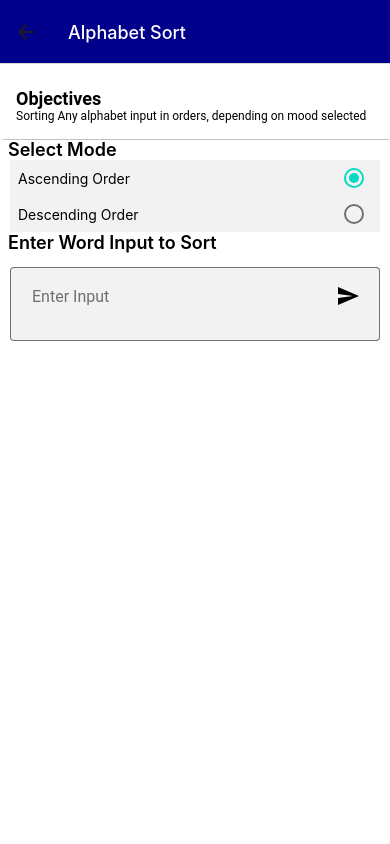
Repository: seyicoded/rn-crazy-algorithm-app
Screen: /Sort_alphabet
These files come from the project's save history. The screen is drawn as it stood at one moment and after the next save; the edit follows.
The app was drawn by React Native's web renderer in a window 390 px wide. The project was rebuilt for these pictures with package versions that can differ from the ones it lists, and the page was loaded fresh each time. Also part of the build but not shown: src/screens/sort.js, src/screens/filter.js, src/screens/advance.js, src/screens/sorts/Sort_simple_number.js.

Above is the screen before, as saved 2022-03-30 20:13:34.

### App.js
import 'react-native-gesture-handler';
import { StatusBar } from 'expo-status-bar';
import { StyleSheet, Text, View } from 'react-native';
import Main from './src/main'
export default function App() {
  return (
    <View style={styles.container}>
      <Main />
      <StatusBar style="auto" />
    </View>
  );
}

const styles = StyleSheet.create({
  container: {
    flex: 1,
    backgroundColor: '#fff',
  },
});

### src/main.js
import { View, Text } from 'react-native'
import React from 'react'
import {NavigationContainer} from '@react-navigation/native'
import {createStackNavigator} from '@react-navigation/stack'
import Home from './screens/index'
import Sort from './screens/sort'
import Filter from './screens/filter'
import Advance from './screens/advance'
import Sort_simple_number from './screens/sorts/Sort_simple_number'
import Sort_alphabet from './screens/sorts/Sort_alphabet'

const StackNav = createStackNavigator()

export default function Main() {
  return (
    <NavigationContainer>
        <StackNav.Navigator>
            <StackNav.Screen name="Home" options={{headerMode: 'none'}} component={Home} />
            <StackNav.Screen name="Filter" options={{headerMode: 'none'}} component={Filter} />
            <StackNav.Screen name="Sort" options={{headerMode: 'none'}} component={Sort} />
            <StackNav.Screen name="Advance" options={{headerMode: 'none'}} component={Advance} />

            {/* sort aspect */}
            <StackNav.Screen name="Sort_simple_number" options={{title: 'Number Sort', headerStyle: {backgroundColor: 'darkblue', color: 'white'}, headerTitleStyle: {color: 'white'}}} component={Sort_simple_number} />
            <StackNav.Screen name="Sort_alphabet" options={{title: 'Alphabet Sort', headerStyle: {backgroundColor: 'darkblue', color: 'white'}, headerTitleStyle: {color: 'white'}}} component={Sort_alphabet} />
        </StackNav.Navigator>
    </NavigationContainer>
  )
}

### src/screens/index.js
import { View, Text, StyleSheet, FlatList, TouchableOpacity } from 'react-native'
import React, {useState, useEffect, useRef} from 'react'
import Header from '../layout/header'
import { List, Avatar, Card, Title, Paragraph, Button } from 'react-native-paper';

const data = [
    {
        id: 'Sort',
        image: 'https://picsum.photos/700',
        title: 'Sort',
    },
    {
        id: 'Filter',
        image: 'https://picsum.photos/700',
        title: 'Filter',
    },
    {
        id: 'Advance',
        image: 'https://picsum.photos/700',
        title: 'Advance',
    },
]

export default function Index({route, navigation}) {
    const [color, setColor] = useState('darkblue');
    var timer = null;
    var ColorChanger = useRef('darkblue');


    useEffect(()=>{
        timer = setInterval(()=>{
            // console.log('.')
            ColorChanger.current = (ColorChanger.current == 'darkblue') ? 'darkred' : 'darkblue';
            setColor(ColorChanger.current);
        }, 1000);
        return ()=>{
            clearInterval(timer);
        }
    }, [])

    const styles = StyleSheet.create({
        container: {
          flex: 1,
          width: '100%',
          backgroundColor: '#fff',
        },
        header: {
            fontSize: 16,
            textAlign: 'center',
            marginTop: 20,
            marginBottom: 20,
            color: color,
            fontWeight: '700',
        },
        list: {
            width: '100%',
        },
        card: {
            // backgroundColor: 'red',
            margin: 20,
            shadowColor: '#000',
            shadowOffset: { width: 0, height: 2 },
            shadowOpacity: 0.8,
            elevation: 4
        }
    });

    return (
        <View style={styles.container}>
            <Header title="Home" visible={false} navigation={navigation} />
            <Text style={styles.header}>Let's Prep Shall We</Text>

            <FlatList
                data={data}
                style={styles.list}
                renderItem={({ item }) => {
                    return (
                        <TouchableOpacity onPress={() => navigation.navigate(item.id, {title: item.title})}>
                            <Card style={styles.card}>
                                <Card.Cover source={{ uri: item.image }} />
                                {/* <Card.Actions style={{justifyContent: 'center'}}>
                                    <Button onPress={()=>navigation.navigate(item.id)}>{item.title}</Button>

                                </Card.Actions> */}

                                <Card.Content style={{justifyContent: 'center'}}>
                                    <Title style={{textAlign: 'center', marginTop:12, color: 'darkblue'}}>{item.title}</Title>
                                </Card.Content>
                            </Card>
                        </TouchableOpacity>
                    )
                }}
                numColumns={1}
            />

            {/* <Card>
                <Card.Cover source={{ uri: 'https://picsum.photos/700' }} />

                <Card.Content>
                    <Title>Card title</Title>
                </Card.Content>
            </Card> */}

        </View>
    )
}

### src/screens/sorts/Sort_alphabet.js
import { StyleSheet, Text, View, TouchableOpacity, Pressable, Keyboard, ScrollView } from 'react-native'
import React from 'react'
import { Banner, RadioButton, TextInput } from 'react-native-paper';
import {Ionicons} from '@expo/vector-icons'

export default function Sort_alphabet() {
    const [value, setValue] = React.useState('ascending');
    const [unsortedVal, setunsortedVal] = React.useState('');
    const [sortedVal, setsortedVal] = React.useState([]);

    const sort = async() => {
        var unsorted = unsortedVal.split('');
        console.log('unsorted', unsorted);

        if(value == 'ascending'){
            // ascending order
            for(var i = 0; i < unsorted.length; i++){
                for(var j = i ; j > 0 ;j--){
                    if(unsorted[j] < unsorted[j-1]){
                        var temp = unsorted[j];
                        unsorted[j] = unsorted[j-1];
                        unsorted[j-1] = temp;
                    }
                }
            }
        }else if(value == 'descending'){
            for(var i = 0; i < unsorted.length; i++){
                for(var j = i ; j > 0 ;j--){
                    if(unsorted[j] > unsorted[j-1]){
                        var temp = unsorted[j];
                        unsorted[j] = unsorted[j-1];
                        unsorted[j-1] = temp;
                    }
                }
            }
        }

        setsortedVal(unsorted);

    }

  return (
      <Pressable onPress={()=>{Keyboard.dismiss()}} style={{flex: 1,}}>
        <ScrollView style={styles.container}>
            <Banner
                visible={true}
                actions={[
                ]}
                >
                    <View>
                        <Text style={{fontWeight: '600', fontSize: 18}}>Objectives</Text>
                        <Text />
                        <Text style={{fontSize: 12}}>Sorting Any alphabet input in orders, depending on mood selected</Text>
                    </View>
            </Banner>
            <Text />
            <Text style={styles.title_element}>Select Mode</Text>

            <RadioButton.Group onValueChange={newValue => setValue(newValue)} value={value}>
                <TouchableOpacity onPress={()=>setValue('ascending')}>
                    <View style={styles.radio}>
                        <Text>Ascending Order</Text>
                        <RadioButton value="ascending" />
                    </View>
                </TouchableOpacity>

                <TouchableOpacity onPress={()=>setValue('descending')}>
                    <View style={styles.radio}>
                        <Text>Descending Order</Text>
                        <RadioButton value="descending" />
                    </View>
                </TouchableOpacity>

                {/* <TouchableOpacity onPress={()=>setValue('odd_only')}>
                    <View style={styles.radio}>
                        <Text>Odd Only</Text>
                        <RadioButton value="odd_only" />
                    </View>
                </TouchableOpacity>

                <TouchableOpacity onPress={()=>setValue('even_only')}>
                    <View style={styles.radio}>
                        <Text>Even Only</Text>
                        <RadioButton value="even_only" />
                    </View>
                </TouchableOpacity>

                <TouchableOpacity onPress={()=>setValue('odd_descending')}>
                    <View style={styles.radio}>
                        <Text>Odd Descending Order</Text>
                        <RadioButton value="odd_descending" />
                    </View>
                </TouchableOpacity>

                <TouchableOpacity onPress={()=>setValue('even_descending')}>
                    <View style={styles.radio}>
                        <Text>Even Descending Order</Text>
                        <RadioButton value="even_descending" />
                    </View>
                </TouchableOpacity>

                <TouchableOpacity onPress={()=>setValue('odd_ascending')}>
                    <View style={styles.radio}>
                        <Text>Odd Ascending Order</Text>
                        <RadioButton value="odd_ascending" />
                    </View>
                </TouchableOpacity>

                <TouchableOpacity onPress={()=>setValue('even_ascending')}>
                    <View style={styles.radio}>
                        <Text>Even Ascending Order</Text>
                        <RadioButton value="even_ascending" />
                    </View>
                </TouchableOpacity> */}
            </RadioButton.Group>

            <Text />
            <Text style={styles.title_element}>Enter Word Input to Sort</Text>
            <TextInput
                label='Enter Input'
                mode='outlined'
                style={styles.input}
                value={unsortedVal}
                multiline={true}
                keyboardType='ascii-capable'
                returnKeyType='done'
                right={<TextInput.Icon onPress={()=>sort()} style={{zIndex: 999}} name="send" />}
                onChangeText={text => setunsortedVal(text)}
            />

            <Text />

            {
                sortedVal.length > 0 ?
                <View>
                    <Text style={[styles.title_element, {marginTop: 14}]}>Sorted Output</Text>
                    <Text style={styles.sorted_output}>{sortedVal.join('')}</Text>
                </View>
                :<></>
            }
        </ScrollView>
    </Pressable>
  )
}

const styles = StyleSheet.create({
    container: {
        flex: 1,
        backgroundColor: '#fff',
    },
    title_element: {
        fontWeight: '600',
        fontSize: 18,
        paddingLeft: 8
    },
    radio: {
        flexDirection: 'row',
        justifyContent: 'space-between',
        alignItems: 'center',
        marginHorizontal: 10,
        backgroundColor: 'rgba(0, 0, 0, 0.05)',
        paddingHorizontal: 8,
    },
    input: {
        marginHorizontal: 10,
        marginVertical: 8,
        backgroundColor: 'rgba(0, 0, 0, 0.05)',
        paddingHorizontal: 8,
        zIndex: 99
    },
    sorted_output: {
        margin: 20,
        backgroundColor: 'rgba(0, 0, 0, 0.05)',
        padding: 10,
        fontSize: 18,
    }
})

### src/layout/header.js
import { View, Text } from 'react-native'
import React, {useState, useEffect} from 'react'
import { Appbar } from 'react-native-paper';

export default function Header({title, visible, navigation}) {
    // const [visible, setVisible] = useState(false);

    if(visible){
        return (
            <Appbar.Header style={{backgroundColor: 'darkblue'}}>
                {
                    (visible) ?
                    <Appbar.BackAction onPress={()=>navigation.goBack()} />
                    :<></>
                }
                <Appbar.Content title={title} />
            </Appbar.Header>
          )
    }else{
        return (
            <Appbar.Header style={{backgroundColor: 'darkblue'}}>
                <Appbar.Content title={title} />
            </Appbar.Header>
          )
    }

}

After the next save:
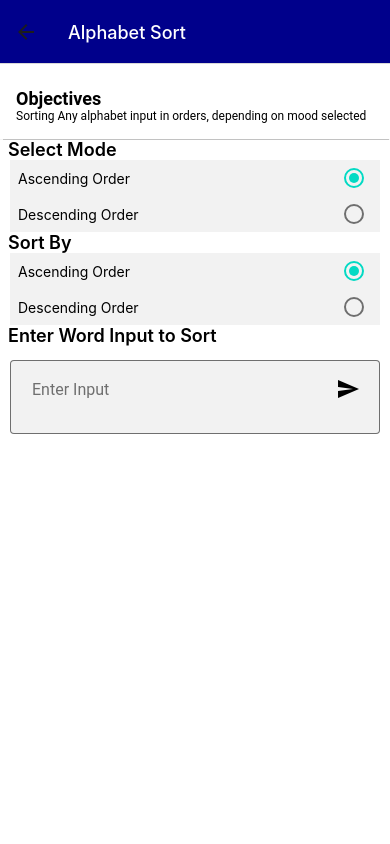
Saved 7 min 40 s later.
--- a/src/screens/sorts/Sort_alphabet.js
+++ b/src/screens/sorts/Sort_alphabet.js
@@ -5,6 +5,7 @@ import {Ionicons} from '@expo/vector-icons'
 
 export default function Sort_alphabet() {
     const [value, setValue] = React.useState('ascending');
+    const [byWhat, setbyWhat] = React.useState('letter');
     const [unsortedVal, setunsortedVal] = React.useState('');
     const [sortedVal, setsortedVal] = React.useState([]);
 
@@ -53,6 +54,7 @@ export default function Sort_alphabet() {
                         <Text style={{fontSize: 12}}>Sorting Any alphabet input in orders, depending on mood selected</Text>
                     </View>
             </Banner>
+
             <Text />
             <Text style={styles.title_element}>Select Mode</Text>
 
@@ -71,51 +73,33 @@ export default function Sort_alphabet() {
                     </View>
                 </TouchableOpacity>
 
-                {/* <TouchableOpacity onPress={()=>setValue('odd_only')}>
+
+            </RadioButton.Group>
+
+            <Text />
+            <Text style={styles.title_element}>Sort By</Text>
+
+            <RadioButton.Group onValueChange={byWhat => setbyWhat(byWhat)} value={byWhat}>
+                <TouchableOpacity onPress={()=>setbyWhat('letter')}>
                     <View style={styles.radio}>
-                        <Text>Odd Only</Text>
-                        <RadioButton value="odd_only" />
+                        <Text>Ascending Order</Text>
+                        <RadioButton value="letter" />
                     </View>
                 </TouchableOpacity>
 
-                <TouchableOpacity onPress={()=>setValue('even_only')}>
+                <TouchableOpacity onPress={()=>setbyWhat('word')}>
                     <View style={styles.radio}>
-                        <Text>Even Only</Text>
-                        <RadioButton value="even_only" />
+                        <Text>Descending Order</Text>
+                        <RadioButton value="word" />
                     </View>
                 </TouchableOpacity>
 
-                <TouchableOpacity onPress={()=>setValue('odd_descending')}>
-                    <View style={styles.radio}>
-                        <Text>Odd Descending Order</Text>
-                        <RadioButton value="odd_descending" />
-                    </View>
-                </TouchableOpacity>
 
-                <TouchableOpacity onPress={()=>setValue('even_descending')}>
-                    <View style={styles.radio}>
-                        <Text>Even Descending Order</Text>
-                        <RadioButton value="even_descending" />
-                    </View>
-                </TouchableOpacity>
-
-                <TouchableOpacity onPress={()=>setValue('odd_ascending')}>
-                    <View style={styles.radio}>
-                        <Text>Odd Ascending Order</Text>
-                        <RadioButton value="odd_ascending" />
-                    </View>
-                </TouchableOpacity>
-
-                <TouchableOpacity onPress={()=>setValue('even_ascending')}>
-                    <View style={styles.radio}>
-                        <Text>Even Ascending Order</Text>
-                        <RadioButton value="even_ascending" />
-                    </View>
-                </TouchableOpacity> */}
             </RadioButton.Group>
 
             <Text />
             <Text style={styles.title_element}>Enter Word Input to Sort</Text>
+
             <TextInput
                 label='Enter Input'
                 mode='outlined'
